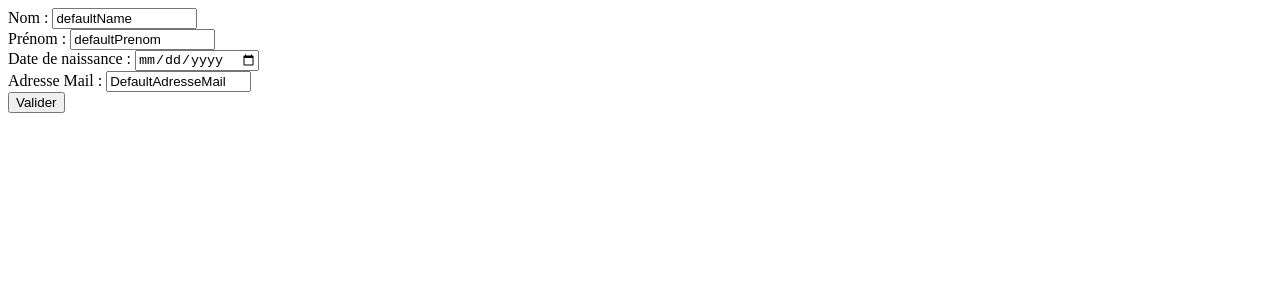
Repository: mikafouenski/JEE
Page: http://localhost/Myapp/edition.jsp
The author's editor kept a copy of each file at every save. The page is drawn from the files as they stood at one save, then again after the next save.
The browser window is 1280 px wide. The pictures show the whole page.
The page is served by Tomcat 9.

Above is the page before, as saved 2017-10-11 14:04:05.

After the next save:
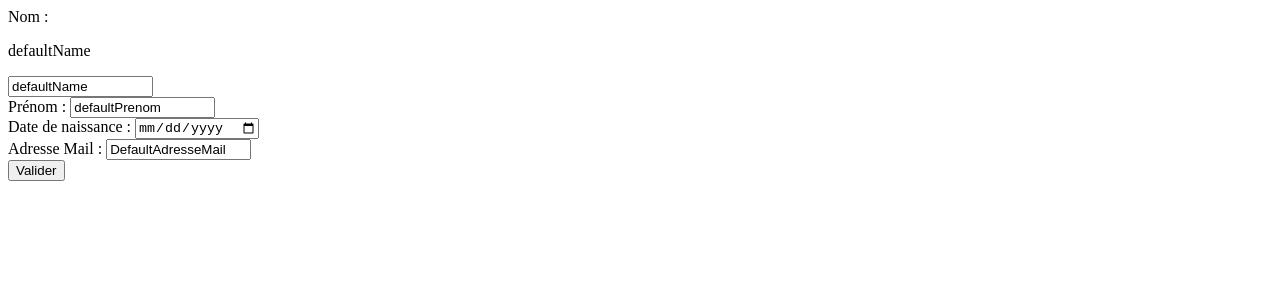
Saved 44 s later.
--- a/Myapp/WebContent/edition.jsp
+++ b/Myapp/WebContent/edition.jsp
@@ -15,7 +15,8 @@
 <form action="Edition" method="POST">
 
   <label>Nom : </label>
-    <input type="text" name="nom" size="15" value=<jsp:getProperty name="person" property="nom"/>><br/>
+  <p><jsp:getProperty name="person" property="nom"/></p>
+  <input type="text" name="nom" size="15" value=<jsp:getProperty name="person" property="nom"/>><br/>
 
   <label>Prénom : </label>
     <input type="text" name="prenom" size="15"
